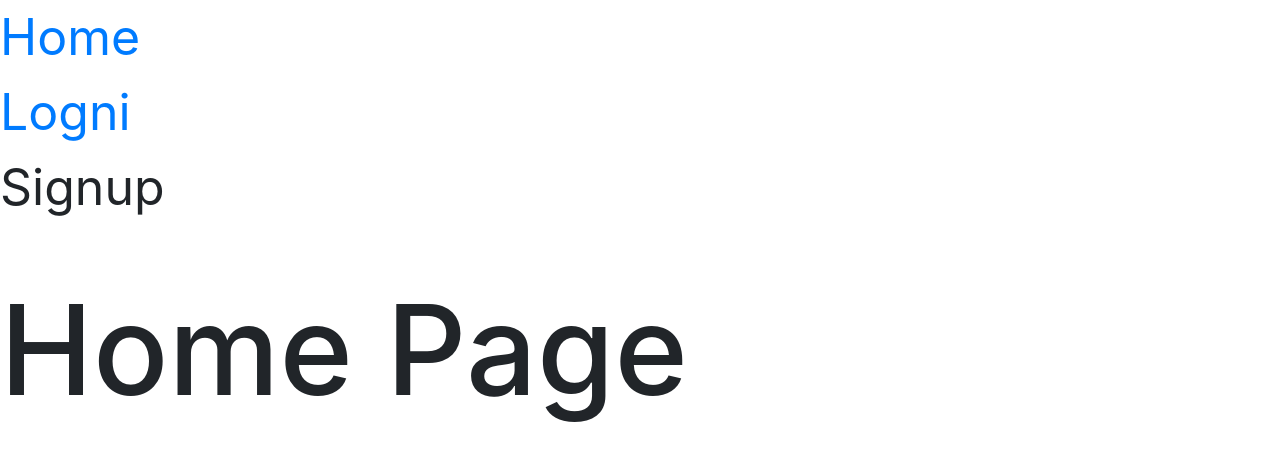
Repository: SCScbc-Projects2022/project-three
Page: / (app in client/)
An editor plug-in stored every save of this project. The page is shown before and after the next save, followed by the edit.
The browser window is 1280 px wide. The pictures show the whole page.
The project was rebuilt for these pictures with package versions that can differ from the ones it lists, and the page was loaded fresh each time. Also part of the build but not shown: client/src/utils/mutations.js, client/src/components/LoginForm.js, client/src/components/SignupForm.js.

Above is the page before, as saved 2022-07-18 10:20:16.

### client/public/index.html
<!DOCTYPE html>
<html lang="en">
  <head>
    <meta charset="utf-8" />
    <link rel="icon" href="%PUBLIC_URL%/favicon.ico" />
    <meta name="viewport" content="width=device-width, initial-scale=1" />
    <meta name="theme-color" content="#000000" />
    <meta
      name="description"
      content="Google Books search application with login"
    />
    <link rel="apple-touch-icon" href="%PUBLIC_URL%/logo192.png" />
    <link rel="manifest" href="%PUBLIC_URL%/manifest.json" />
    <link
      href="https://fonts.googleapis.com/css2?family=Rubik+Mono+One&family=Rubik:ital,wght@0,400;1,300&display=swap"
      rel="stylesheet"
    />
    <title>Project 3</title>
  </head>

  <body>
    <noscript>You need to enable JavaScript to run this app.</noscript>
    <div id="root"></div>
  </body>
</html>

### client/src/index.js
import React from 'react';
import ReactDOM from 'react-dom/client';
import 'bootstrap/dist/css/bootstrap.min.css';
import './index.css';
import App from './App';

const root = ReactDOM.createRoot(document.getElementById('root'));
root.render(
  <>
    <App />
  </>
);

### client/src/index.css
* {
  padding: 0;
  margin: 0;
  box-sizing: border-box;
  font-size: 50px;
}

### client/src/App.js
import React, { useState } from 'react';

import Navbar from './components/Navbar';

import Home from './pages/Home';

import LoginForm from './components/LoginForm';
import SignupForm from './components/SignupForm';

import { setContext } from '@apollo/client/link/context';

import {
  ApolloProvider,
  ApolloClient,
  InMemoryCache,
  createHttpLink,
} from '@apollo/client';

const httpLink = createHttpLink({
  uri: '/graphql',
});

const authLink = setContext((_, { headers }) => {
  const token = localStorage.getItem('id_token');
  return {
    headers: {
      ...headers,
      authorization: token ? `Bearer ${token}` : '',
    },
  };
});

const client = new ApolloClient({
  link: authLink.concat(httpLink),
  cache: new InMemoryCache(),
});

function App() {
  const [activePage, setActivePage] = useState({
    home: true,
    login: false,
    signup: false,
  });

  return (
    <ApolloProvider client={client}>
      <main>
        <nav>
          <Navbar activePage={activePage} setActivePage={setActivePage} />
        </nav>
        <section id="main-wrapper">
          {activePage.home ? (
            <Home />
          ) : activePage.login ? (
            <LoginForm />
          ) : (
            <SignupForm />
          )}
        </section>
      </main>
    </ApolloProvider>
  );
}

export default App;

### client/src/components/Navbar.js
import React, { useState } from 'react';

import Auth from '../utils/auth';

const Navbar = ({ setActivePage, activePage }) => {
  const handlePage = (e) => {
    if (
      e.target.innerText == 'About me' ||
      e.target.innerText == 'Carlos Sabbah'
    ) {
      document.title = `Main - ${e.target.innerText}`;
      setActivePage({ about: true });
    } else if (e.target.innerText == 'Portfolio') {
      document.title = e.target.innerText;
      setActivePage({ portfolio: true });
    } else if (e.target.innerText == 'Contact') {
      document.title = e.target.innerText;
      setActivePage({ contact: true });
    } else if (e.target.innerText == 'Resume') {
      document.title = e.target.innerText;
      setActivePage({ resume: true });
    }
    setActiveNav(false);
  };

  const [activeNav, setActiveNav] = useState(false);

  return (
    <>
      <ul>
        <li>
          <a
            className={`navItem ${activePage.portfolio ? 'active' : ''}`}
            href="#Portfolio"
            onClick={(e) => handlePage(e)}
          >
            Home
          </a>
        </li>
        {/* Add conditionally rendering for Login and Signup (i.e. Show signup when not logged in) */}
        <li>
          <a
            className={`navItem ${activePage.portfolio ? 'active' : ''}`}
            href="#Portfolio"
            onClick={(e) => handlePage(e)}
          >
            Logni
          </a>
        </li>
        <li>Signup</li>
      </ul>
    </>
  );
};

export default Navbar;

### client/src/pages/Home.js
import React from 'react';

const home = () => {
  return (
    <>
      <h1>Home Page</h1>
    </>
  );
};

export default home;

### client/src/utils/auth.js
import decode from 'jwt-decode';

class AuthService {
  // retrieve data saved in token
  getProfile() {
    return decode(this.getToken());
  }

  loggedIn() {
    // check if the user is still logged in
    const token = this.getToken(); // Checks if there is a saved token and it's still valid
    // use type coersion to check if token is NOT undefined and the token is NOT expired
    return !!token && !this.isTokenExpired(token);
  }

  // check if the token has expired
  isTokenExpired(token) {
    try {
      const decoded = decode(token);
      if (decoded.exp < Date.now() / 1000) {
        return true;
      } else {
        return false;
      }
    } catch (err) {
      return false;
    }
  }

  // retrieve token from localStorage
  getToken() {
    // Retrieves the user token from localStorage
    return localStorage.getItem('id_token');
  }

  // set token to localStorage and reload page to homepage
  login(idToken) {
    // Saves user token to localStorage
    localStorage.setItem('id_token', idToken);

    window.location.assign('/');
  }

  // clear token from localStorage and force logout with reload
  logout() {
    // Clear user token and profile data from localStorage
    localStorage.removeItem('id_token');
    localStorage.removeItem('saved_books');

    // this will reload the page and reset the state of the application
    window.location.assign('/');
  }
}
export default new AuthService();

After the next save:
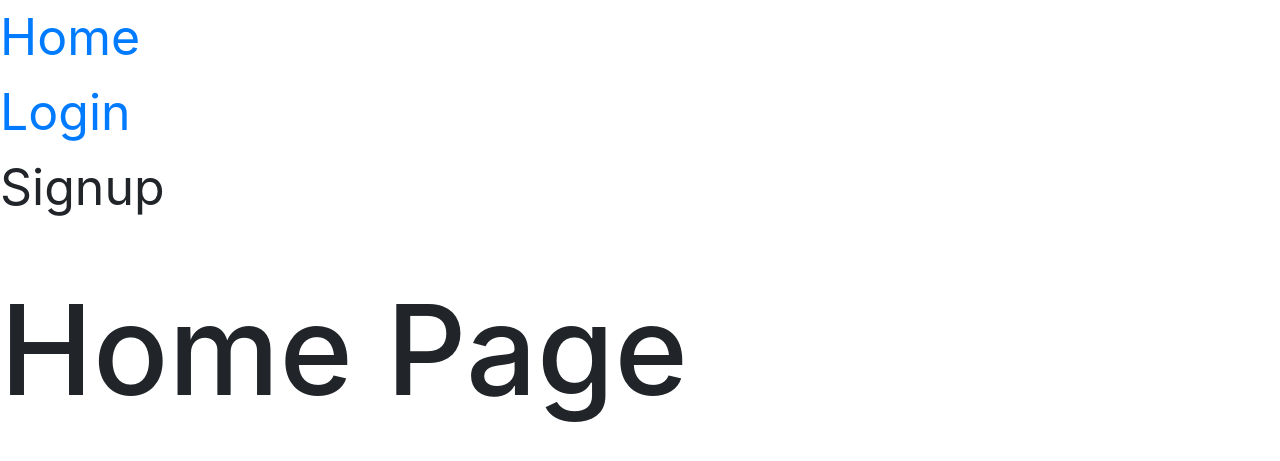
Saved 4 s later.
--- a/client/src/components/Navbar.js
+++ b/client/src/components/Navbar.js
@@ -41,10 +41,10 @@ const Navbar = ({ setActivePage, activePage }) => {
         <li>
           <a
             className={`navItem ${activePage.portfolio ? 'active' : ''}`}
-            href="#Portfolio"
+            href="#Login"
             onClick={(e) => handlePage(e)}
           >
-            Logni
+            Login
           </a>
         </li>
         <li>Signup</li>
